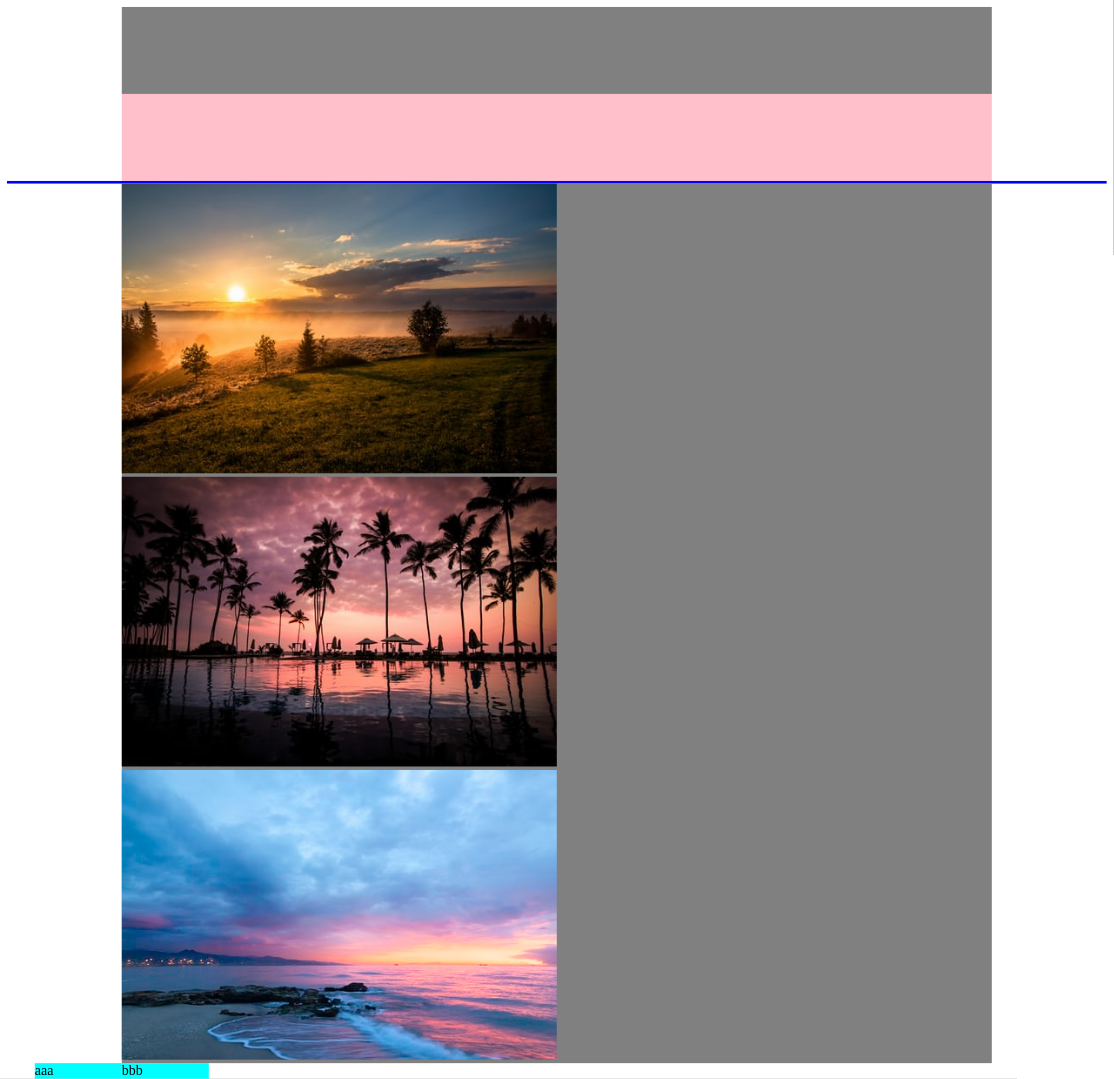
Repository: ArchivvonJang/learn_program_language
Page: webApp/WebContent/Javascript/js21_scrollBanner/img/js21_scrollBanner.html
An editor plug-in stored every save of this project. The page is shown before and after the next save, followed by the edit.
The browser window is 1280 px wide. The pictures show the whole page, at 87% of full size.

Above is the page before, as saved 2021-03-04 01:03:42.

After the next save:
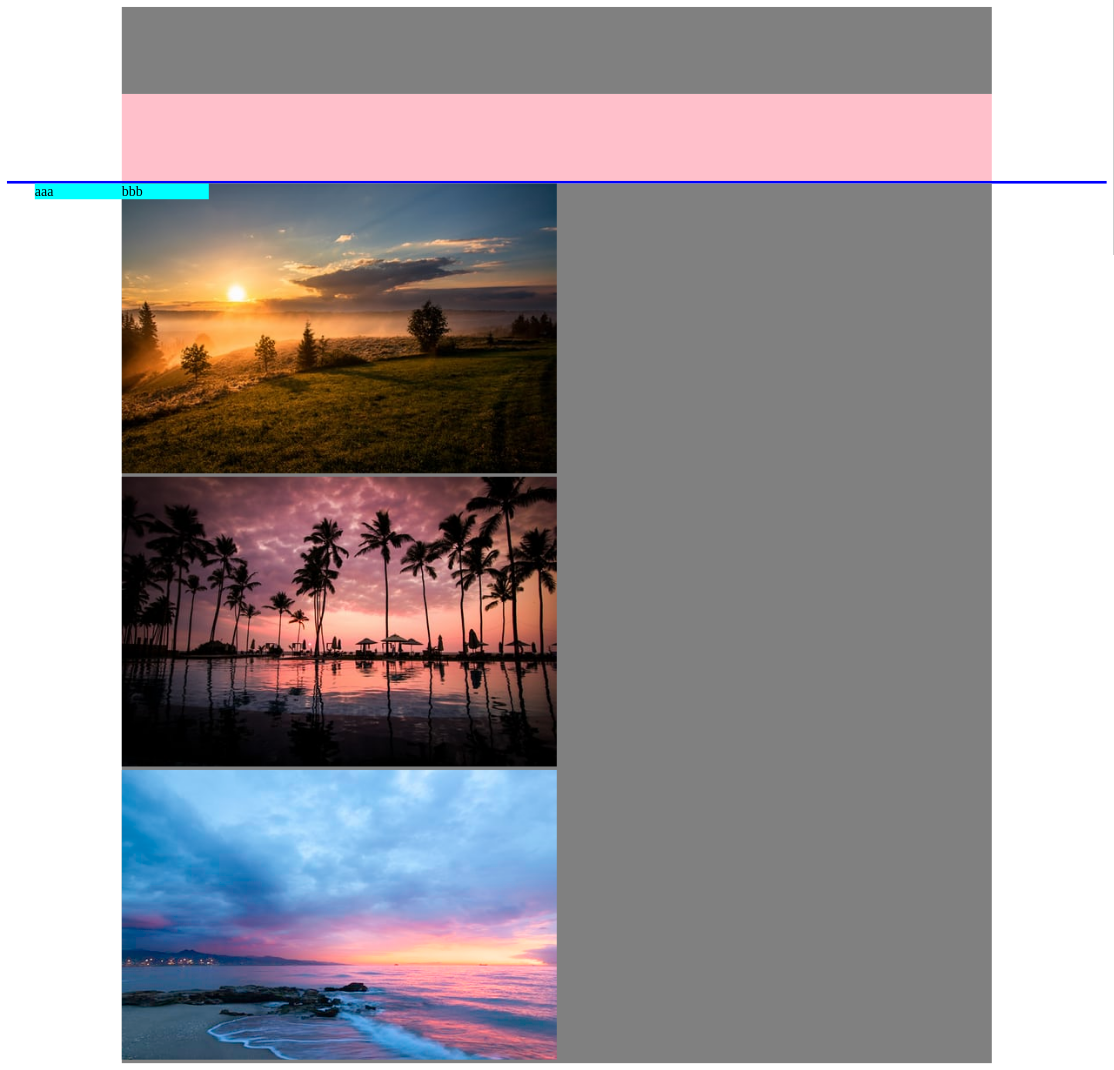
Saved 26 s later.
--- a/webApp/WebContent/Javascript/js21_scrollBanner/img/js21_scrollBanner.html
+++ b/webApp/WebContent/Javascript/js21_scrollBanner/img/js21_scrollBanner.html
@@ -32,6 +32,7 @@
 		position:absolute;
 		width:100px;
 		background-color:cyan;
+		top:0px;
 	}
 	#leftBanner{
 		left:-100px;
